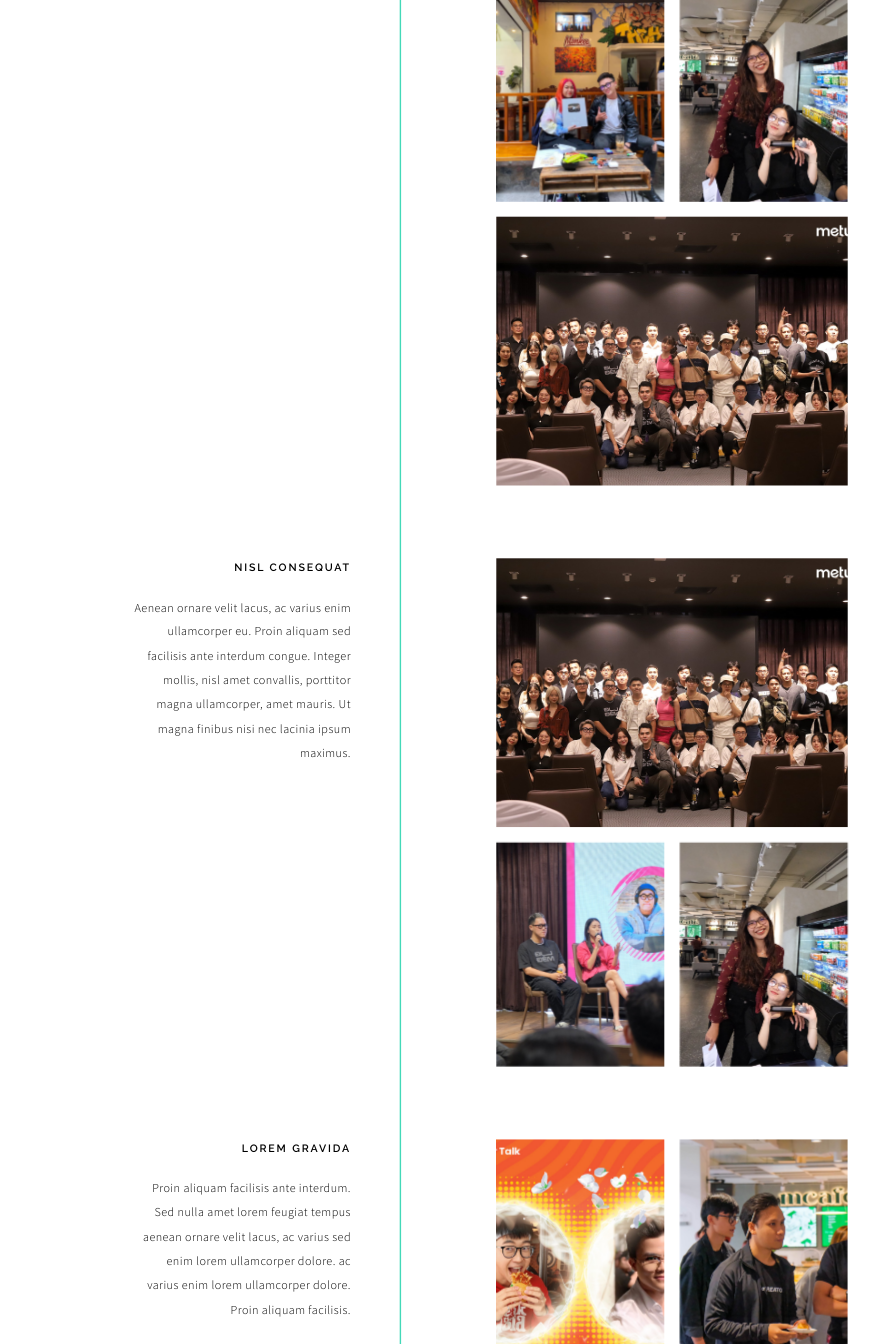
Repository: leonardin999/linh-porfolios
Page: index.html
The author's editor kept a copy of each file at every save. The page is drawn from the files as they stood at one save, then again after the next save.
The browser window is 1280 px wide. The pictures show the part of the page from y = 4181 to 6101 px (the page is 7878 px tall), at 70% of full size.

Above is the page before, as saved 2023-01-24 20:51:28.

### index.html
<!DOCTYPE html>
<!--
	Paradigm Shift by HTML5 UP
	html5up.net | @ajlkn
	Free for personal and commercial use under the CCA 3.0 license (html5up.net/license)
-->
<html>
  <head>
    <title>Linh's Porfolio</title>
    <meta charset="utf-8" />
    <meta
      name="viewport"
      content="width=device-width, initial-scale=1, user-scalable=no"
    />
    <meta name="description" content="" />
    <meta name="keywords" content="" />
    <link rel="stylesheet" href="assets/css/main.css" />
  </head>
  <body class="is-preload">
    <!-- Wrapper -->
    <div id="wrapper">
      <!-- Intro -->
      <section class="intro">
        <header>
          <h1>PARTNERSHIP MARKETING EXECUTIVE</h1>
          <p>
            I'm interested in marketing. What I'm attempting to do is increase my abilities, contribute to business development, and satisfy client demand.
          </p>
          <ul class="actions">
            <li>
              <a href="#first" class="arrow scrolly"
                ><span class="label">Next</span></a
              >
            </li>
          </ul>
        </header>
        <div class="content">
          <span class="image fill" data-position="center"
            ><img src="images/pic01.jpg" alt=""
          /></span>
        </div>
      </section>

      <!-- Section -->
      <section id="first">
        <header>
          <h2>Experiences</h2>
        </header>
        <div class="content">
            <strong>METUB NETWORK | May, 2021 - Present</strong>
            <br><strong>Partnership Marketing Executive</strong></br>
            <ul class="">
              <li class="">Create awareness of marketing campaigns to train and educate YouTube creators to grow their channels</li>
              <li class="">Write copy for diverse marketing distributions (posters, Facebook posts for events, newsletters)</li>
              <li class="">Work closely with in-house Creative team to design marketing materials such as brochures, deck templates, newsletters, event posters</li>
              <li class="">Support in producing Monthly Newsletters to creators and YouTube partners, highlighting trending content and YouTube platform updates</li>
              <li class="">Support in partner- related projects and workshops as assigned by direct manager</li>
              <li class="">Support in organizing workshops in terms of marketing materials (banners, social posts, email invites), and logistics (gifting, venue sourcing, events planning) and induction content.</li>
              <li class="">Coordinate in Brand barter deals with Accounts team and Partner Management team</li>
            </ul>

            <strong>TEDxĐaKao | Nov, 2018 - Present</strong>
            <br><strong>Assistant to Organizer</strong></br>
            <ul class="">
              <li class="">Conduct overall marketing and growth plans in conjunction with the team; Mainly about building, branding and promoting information of TEDxĐaKao Speakers/ Ideas worth spreading.</li>
              <li class="">Scan the market for leads, ensure rigorous follow-ups and meetings</li>
              <li class="">Work closely with in-house Creative team to design marketing materials such as brochures, deck templates, newsletters, event posters</li>
              <li class="">Monitor industry activity and market trends relevant to the sponsorship of TEDxĐaKao</li>
              <li class="">Identify and execute pre-event, during events, and post-event stories, potential workshops/campaign and build growth campaign for TEDxĐaKao speakers + community - leading enriching community campaigns</li>
              <li class="">Support in organizing workshops in terms of marketing materials (banners, social posts, email invites), and logistics (gifting, venue sourcing, events planning) and induction content.</li>
              <li class="">A critical part of the role is client servicing – to be able to deliver on pre-agreed deliverables from both parties</li>
            </ul>


            <strong>Self Project | Oct, 2019 - Present</strong>
            <br><strong>Content Creator</strong></br>
            <div>
              <span>IG @foxdaholic | Oct, 2019 to Dec, 2022</span>
              <span><br>IG @vuumylinh  | Nov, 2022 to Present</br></span>
            </div>
            <ul class="">
              <li class="">Collaborate in Brand barter deals with F&B brand ands agencies.</li>
              <li class="">Take architectural photographs of restaurants and photographs of food and drinks.</li>
              <li class="">Share my own opinion about restaurants and their products in verbal.</li>
              <li class="">Do research into trending food and daily writing in an engaging way to attract readers.</li>
            </ul>
          </p>
        </div>
      </section>

      <!-- Section -->
      <section>
        <header>
          <h2>Feugiat consequat tempus ultrices</h2>
        </header>
        <div class="content">
          <p>
            <strong>Etiam tristique libero</strong> eu nibh porttitor amet
            fermentum. Nullam venenatis erat id vehicula ultrices sed ultricies
            condimentum.
          </p>
          <ul class="feature-icons">
            <li class="icon fa-laptop">Consequat tempus</li>
            <li class="icon fa-bolt">Etiam adipiscing</li>
            <li class="icon fa-signal">Libero nullam</li>
            <li class="icon fa-gear">Blandit condimentum</li>
            <li class="icon fa-map-marker">Lorem ipsum dolor</li>
            <li class="icon fa-code">Nibh amet venenatis</li>
          </ul>
          <p>
            Vehicula ultrices sed ultricies condimentum. Magna sed etiam
            consequat, et lorem adipiscing sed nulla. Volutpat nisl et tempus et
            dolor libero, feugiat magna tempus, sed et lorem adipiscing.
          </p>
        </div>
      </section>

      <!-- Section -->
      <section>
        <header>
          <h2>My Projects</h2>
        </header>
        <div class="content">
          <p>
            I believe in <strong>"edutainment"</strong> which can help everyone absorb knowledge easily.
            I am interested in both education and entertainment and combine them in my projects.
          </p>

          <!-- Section -->
          <section>
            <header>
              <h3>metub  network</h3>
              <p>
                <br>METUB Network <strong>(www.metub.net)</strong> founded in <strong>2014</strong>, leading video and talent network for celebrities and online video creators in Vietnam.
                <br><strong>The company manages, produces, distributes and monetizes</strong> premium Vietnam video content on YouTube and across other platforms. building a strong local creators community.</p>
            </header>
            <div class="content">
              <div class="gallery">
                <a href="images/gallery/fulls/01.jpg" class="landscape"
                  ><img src="images/gallery/thumbs/01.jpg" alt=""
                /></a>
                <a href="images/gallery/fulls/02.jpg"
                  ><img src="images/gallery/thumbs/02.jpg" alt=""
                /></a>
                <a href="images/gallery/fulls/03.jpg"
                  ><img src="images/gallery/thumbs/03.jpg" alt=""
                /></a>
                <a href="images/gallery/fulls/04.jpg" class="landscape"
                  ><img src="images/gallery/thumbs/04.jpg" alt=""
                /></a>
              </div>
            </div>
          </section>

          <!-- Section -->
          <section>
            <header>
              <h3>Nisl consequat</h3>
              <p>
                Aenean ornare velit lacus, ac varius enim ullamcorper eu. Proin
                aliquam sed facilisis ante interdum congue. Integer mollis, nisl
                amet convallis, porttitor magna ullamcorper, amet mauris. Ut
                magna finibus nisi nec lacinia ipsum maximus.
              </p>
            </header>
            <div class="content">
              <div class="gallery">
                <a href="images/gallery/fulls/05.jpg" class="landscape"
                  ><img src="images/gallery/thumbs/05.jpg" alt=""
                /></a>
                <a href="images/gallery/fulls/06.jpg"
                  ><img src="images/gallery/thumbs/06.jpg" alt=""
                /></a>
                <a href="images/gallery/fulls/07.jpg"
                  ><img src="images/gallery/thumbs/07.jpg" alt=""
                /></a>
              </div>
            </div>
          </section>

          <!-- Section -->
          <section>
            <header>
              <h3>Lorem gravida</h3>
              <p>
                Proin aliquam facilisis ante interdum. Sed nulla amet lorem
                feugiat tempus aenean ornare velit lacus, ac varius sed enim
                lorem ullamcorper dolore. ac varius enim lorem ullamcorper
                dolore. Proin aliquam facilisis.
              </p>
            </header>
            <div class="content">
              <div class="gallery">
                <a href="images/gallery/fulls/08.jpg" class="portrait"
                  ><img src="images/gallery/thumbs/08.jpg" alt=""
                /></a>
                <a href="images/gallery/fulls/09.jpg" class="portrait"
                  ><img src="images/gallery/thumbs/09.jpg" alt=""
                /></a>
                <a href="images/gallery/fulls/10.jpg" class="landscape"
                  ><img src="images/gallery/thumbs/10.jpg" alt=""
                /></a>
              </div>
            </div>
          </section>
        </div>
      </section>

      <!-- Section -->
      <section>
        <header>
          <h2>Duis sed adpiscing veroeros amet</h2>
        </header>
        <div class="content">
          <p>
            <strong>Proin tempus feugiat</strong> sed varius enim lorem
            ullamcorper dolore aliquam aenean ornare velit lacus, ac varius enim
            lorem ullamcorper dolore.
          </p>
          <ul class="actions">
            <li><a href="#" class="button primary large">Get Started</a></li>
            <li><a href="#" class="button large">Learn More</a></li>
          </ul>
        </div>
      </section>

      <!-- Elements -->
      <!--
					<section>
						<header>
							<h2>Elements</h2>
						</header>
						<div class="content">

							<section>
								<header>
									<h3>Text</h3>
								</header>
								<div class="content">
									<p>This is <b>bold</b> and this is <strong>strong</strong>. This is <i>italic</i> and this is <em>emphasized</em>.
									This is <sup>superscript</sup> text and this is <sub>subscript</sub> text.
									This is <u>underlined</u> and this is code: <code>for (;;) { ... }</code>. Finally, <a href="#">this is a link</a>.</p>
									<hr />
									<h2>Heading Level 2</h2>
									<h3>Heading Level 3</h3>
									<h4>Heading Level 4</h4>
									<h5>Heading Level 5</h5>
									<hr />
									<h5>Blockquote</h5>
									<blockquote>Fringilla nisl. Donec accumsan interdum nisi, quis tincidunt felis sagittis eget tempus euismod. Vestibulum ante ipsum primis in faucibus vestibulum. Blandit adipiscing eu felis iaculis volutpat ac adipiscing accumsan faucibus. Vestibulum ante ipsum primis in faucibus lorem ipsum dolor sit amet nullam adipiscing eu felis.</blockquote>
									<h5>Preformatted</h5>
									<pre><code>i = 0;

while (!deck.isInOrder()) {
  print 'Iteration ' + i;
  deck.shuffle();
  i++;
}

print 'Sorted in ' + i + ' iterations.';</code></pre>
								</div>
							</section>

							<section>
								<header>
									<h3>Lists</h3>
								</header>
								<div class="content">

									<h4>Unordered</h4>
									<ul>
										<li>Dolor pulvinar etiam.</li>
										<li>Sagittis adipiscing.</li>
										<li>Felis enim feugiat.</li>
									</ul>

									<h4>Alternate</h4>
									<ul class="alt">
										<li>Dolor pulvinar etiam.</li>
										<li>Sagittis adipiscing.</li>
										<li>Felis enim feugiat.</li>
									</ul>

									<h4>Ordered</h4>
									<ol>
										<li>Dolor pulvinar etiam.</li>
										<li>Etiam vel felis viverra.</li>
										<li>Felis enim feugiat.</li>
										<li>Dolor pulvinar etiam.</li>
										<li>Etiam vel felis lorem.</li>
										<li>Felis enim et feugiat.</li>
									</ol>
									<h4>Icons</h4>
									<ul class="icons">
										<li><a href="#" class="icon fa-twitter"><span class="label">Twitter</span></a></li>
										<li><a href="#" class="icon fa-facebook"><span class="label">Facebook</span></a></li>
										<li><a href="#" class="icon fa-instagram"><span class="label">Instagram</span></a></li>
										<li><a href="#" class="icon fa-github"><span class="label">Github</span></a></li>
									</ul>

									<h4>Actions</h4>
									<ul class="actions">
										<li><a href="#" class="button primary">Default</a></li>
										<li><a href="#" class="button">Default</a></li>
									</ul>
									<ul class="actions stacked">
										<li><a href="#" class="button primary">Default</a></li>
										<li><a href="#" class="button">Default</a></li>
									</ul>
								</div>
							</section>

							<section>
								<header>
									<h3>Table</h3>
								</header>
								<div class="content">
									<h4>Default</h4>
									<div class="table-wrapper">
										<table>
											<thead>
												<tr>
													<th>Name</th>
													<th>Description</th>
													<th>Price</th>
												</tr>
											</thead>
											<tbody>
												<tr>
													<td>Item One</td>
													<td>Ante turpis integer aliquet porttitor.</td>
													<td>29.99</td>
												</tr>
												<tr>
													<td>Item Two</td>
													<td>Vis ac commodo adipiscing arcu aliquet.</td>
													<td>19.99</td>
												</tr>
												<tr>
													<td>Item Three</td>
													<td> Morbi faucibus arcu accumsan lorem.</td>
													<td>29.99</td>
												</tr>
												<tr>
													<td>Item Four</td>
													<td>Vitae integer tempus condimentum.</td>
													<td>19.99</td>
												</tr>
												<tr>
													<td>Item Five</td>
													<td>Ante turpis integer aliquet porttitor.</td>
													<td>29.99</td>
												</tr>
											</tbody>
											<tfoot>
												<tr>
													<td colspan="2"></td>
													<td>100.00</td>
												</tr>
											</tfoot>
										</table>
									</div>

									<h4>Alternate</h4>
									<div class="table-wrapper">
										<table class="alt">
											<thead>
												<tr>
													<th>Name</th>
													<th>Description</th>
													<th>Price</th>
												</tr>
											</thead>
											<tbody>
												<tr>
													<td>Item One</td>
													<td>Ante turpis integer aliquet porttitor.</td>
													<td>29.99</td>
												</tr>
												<tr>
													<td>Item Two</td>
													<td>Vis ac commodo adipiscing arcu aliquet.</td>
													<td>19.99</td>
												</tr>
												<tr>
													<td>Item Three</td>
													<td> Morbi faucibus arcu accumsan lorem.</td>
													<td>29.99</td>
												</tr>
												<tr>
													<td>Item Four</td>
													<td>Vitae integer tempus condimentum.</td>
													<td>19.99</td>
												</tr>
												<tr>
													<td>Item Five</td>
													<td>Ante turpis integer aliquet porttitor.</td>
													<td>29.99</td>
												</tr>
											</tbody>
											<tfoot>
												<tr>
													<td colspan="2"></td>
													<td>100.00</td>
												</tr>
											</tfoot>
										</table>
									</div>
								</div>
							</section>

							<section>
								<header>
									<h3>Buttons</h3>
								</header>
								<div class="content">
									<ul class="actions">
										<li><a href="#" class="button primary">Primary</a></li>
										<li><a href="#" class="button">Default</a></li>
									</ul>
									<ul class="actions">
										<li><a href="#" class="button large">Large</a></li>
										<li><a href="#" class="button">Default</a></li>
										<li><a href="#" class="button small">Small</a></li>
									</ul>
									<ul class="actions">
										<li><a href="#" class="button primary icon fa-download">Icon</a></li>
										<li><a href="#" class="button icon fa-download">Icon</a></li>
									</ul>
									<ul class="actions">
										<li><span class="button primary disabled">Disabled</span></li>
										<li><span class="button disabled">Disabled</span></li>
									</ul>
								</div>
							</section>

							<section>
								<header>
									<h3>Form</h3>
								</header>
								<div class="content">
									<form method="post" action="#">
										<div class="fields">
											<div class="field half">
												<label for="demo-name">Name</label>
												<input type="text" name="demo-name" id="demo-name" value="" placeholder="Jane Doe" />
											</div>
											<div class="field half">
												<label for="demo-email">Email</label>
												<input type="email" name="demo-email" id="demo-email" value="" placeholder="jane@untitled.tld" />
											</div>
											<div class="field">
												<label for="demo-category">Category</label>
												<select name="demo-category" id="demo-category">
													<option value="">-</option>
													<option value="1">Manufacturing</option>
													<option value="1">Shipping</option>
													<option value="1">Administration</option>
													<option value="1">Human Resources</option>
												</select>
											</div>
											<div class="field half">
												<input type="radio" id="demo-priority-low" name="demo-priority" checked>
												<label for="demo-priority-low">Low</label>
											</div>
											<div class="field half">
												<input type="radio" id="demo-priority-high" name="demo-priority">
												<label for="demo-priority-high">High</label>
											</div>
											<div class="field half">
												<input type="checkbox" id="demo-copy" name="demo-copy">
												<label for="demo-copy">Email me a copy</label>
											</div>
											<div class="field half">
												<input type="checkbox" id="demo-human" name="demo-human" checked>
												<label for="demo-human">Not a robot</label>
											</div>
											<div class="field">
												<label for="demo-message">Message</label>
												<textarea name="demo-message" id="demo-message" placeholder="Enter your message" rows="6"></textarea>
											</div>
										</div>
										<ul class="actions">
											<li><input type="submit" value="Send Message" class="primary" /></li>
											<li><input type="reset" value="Reset" /></li>
										</ul>
									</form>
								</div>
							</section>

						</div>
					</section>
				-->

      <!-- Section -->
      <section>
        <header>
          <h2>Get in touch</h2>
        </header>
        <div class="content">
          <p>
            <strong>Auctor commodo</strong> interdum et malesuada fames ac ante
            ipsum primis in faucibus. Pellentesque venenatis dolor imperdiet
            dolor mattis sagittis.
          </p>
          <form>
            <div class="fields">
              <div class="field half">
                <input type="text" name="name" id="name" placeholder="Name" />
              </div>
              <div class="field half">
                <input
                  type="email"
                  name="email"
                  id="email"
                  placeholder="Email"
                />
              </div>
              <div class="field">
                <textarea
                  name="message"
                  id="message"
                  placeholder="Message"
                  rows="7"
                ></textarea>
              </div>
            </div>
            <ul class="actions">
              <li>
                <input
                  type="submit"
                  value="Send Message"
                  class="button primary"
                />
              </li>
            </ul>
          </form>
        </div>
        <footer>
          <ul class="items">
            <li>
              <h3>Email</h3>
              <a href="#">information@untitled.ext</a>
            </li>
            <li>
              <h3>Phone</h3>
              <a href="#">(000) 000-0000</a>
            </li>
            <li>
              <h3>Address</h3>
              <span>1234 Somewhere Road, Nashville, TN 00000</span>
            </li>
            <li>
              <h3>Elsewhere</h3>
              <ul class="icons">
                <li>
                  <a href="#" class="icon fa-twitter"
                    ><span class="label">Twitter</span></a
                  >
                </li>
                <li>
                  <a href="#" class="icon fa-facebook"
                    ><span class="label">Facebook</span></a
                  >
                </li>
                <li>
                  <a href="#" class="icon fa-instagram"
                    ><span class="label">Instagram</span></a
                  >
                </li>
                <li>
                  <a href="#" class="icon fa-linkedin"
                    ><span class="label">LinkedIn</span></a
                  >
                </li>
                <li>
                  <a href="#" class="icon fa-github"
                    ><span class="label">GitHub</span></a
                  >
                </li>
                <li>
                  <a href="#" class="icon fa-codepen"
                    ><span class="label">Codepen</span></a
                  >
                </li>
              </ul>
            </li>
          </ul>
        </footer>
      </section>

      <!-- Copyright -->
      <div class="copyright">
        &copy; Untitled. All rights reserved. Design:
        <a href="https://html5up.net">HTML5 UP</a>. Distributed by
        <a href="https://themewagon.com/">ThemeWagon</a>
      </div>
    </div>

    <!-- Scripts -->
    <script src="assets/js/jquery.min.js"></script>
    <script src="assets/js/jquery.scrolly.min.js"></script>
    <script src="assets/js/browser.min.js"></script>
    <script src="assets/js/breakpoints.min.js"></script>
    <script src="assets/js/util.js"></script>
    <script src="assets/js/main.js"></script>
  </body>
</html>

Loaded but not shown: assets/js/jquery.min.js (library); assets/js/jquery.scrolly.min.js (common file); assets/js/browser.min.js (common file); assets/js/breakpoints.min.js (common file); assets/css/font-awesome.min.css (library); assets/js/util.js (587 lines, source omitted); assets/js/main.js (208 lines, source omitted); assets/css/main.css (3922 lines, source omitted)

After the next save:
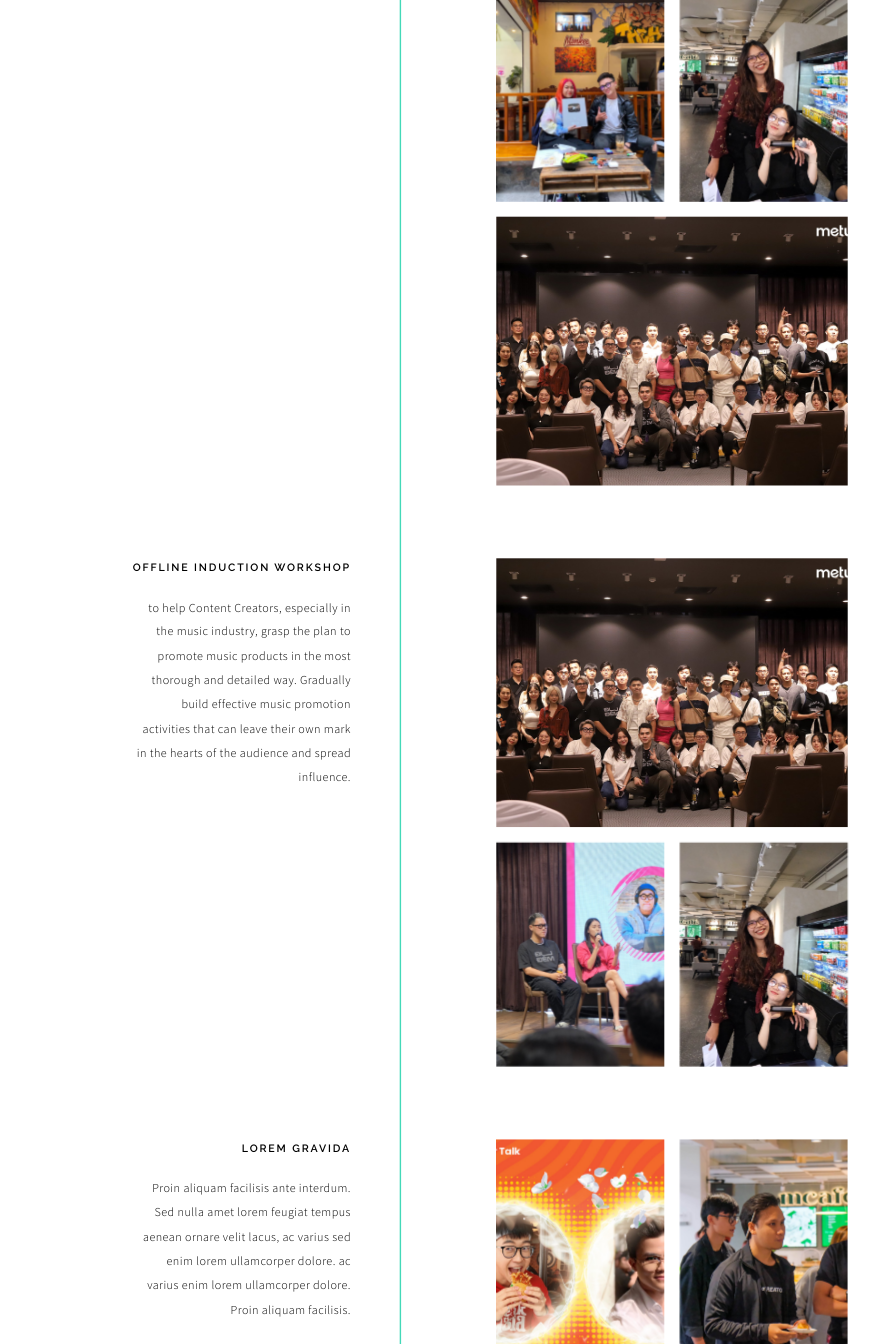
Saved 6 min 42 s later.
--- a/index.html
+++ b/index.html
@@ -155,12 +155,9 @@
           <!-- Section -->
           <section>
             <header>
-              <h3>Nisl consequat</h3>
+              <h3>offline induction WORKSHOp</h3>
               <p>
-                Aenean ornare velit lacus, ac varius enim ullamcorper eu. Proin
-                aliquam sed facilisis ante interdum congue. Integer mollis, nisl
-                amet convallis, porttitor magna ullamcorper, amet mauris. Ut
-                magna finibus nisi nec lacinia ipsum maximus.
+                to help Content Creators, especially in the music industry, grasp the plan to promote music products in the most thorough and detailed way. Gradually build effective music promotion activities that can leave their own mark in the hearts of the audience and spread influence.
               </p>
             </header>
             <div class="content">
